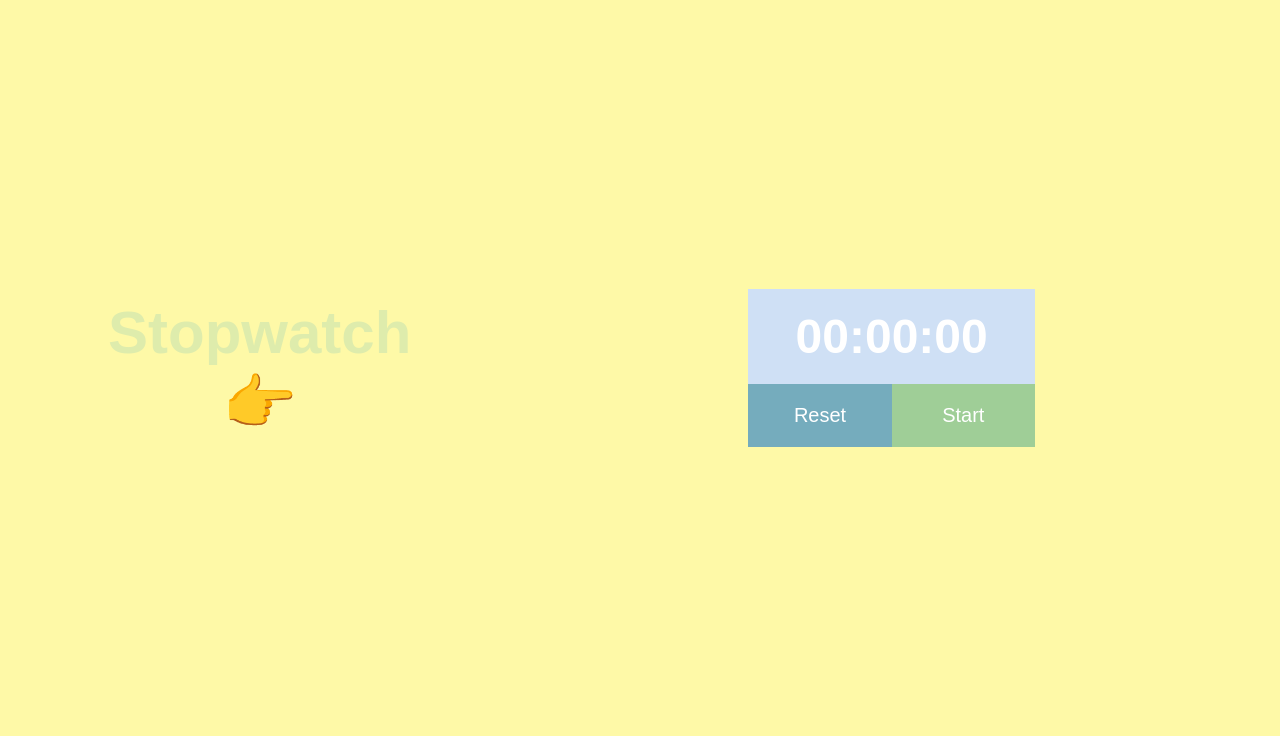
Repository: pilar122/stopwatch
Page: index.html
An editor plug-in stored every save of this project. The page is shown before and after the next save, followed by the edit.
The browser window is 1280 px wide. The pictures show the whole page.

Above is the page before, as saved 2022-06-19 13:03:55.

### index.html
<!DOCTYPE html>
<html>
    <head>
        <title>
            Stopwatch
        </title>
        <link href="stopwatch.css" rel="stylesheet">
        <script src="stopwatch.js"></script>
    </head>

    <div class="header">
        <h1>Stopwatch <br>👉</h1>
    </div>

    <body>

        <div id="stopwatch">
            <!--CURRENT TIME-->
            <div id="sw-time">00:00:00</div> <!-- sw is the time display-->

            <!--CONTROLS-->
            <input type="button" value="Reset" id="sw-rst" disabled/> <!--sw-rst is the reset button * and the disabled means that the buttons are at the moment-->
            <input type="button" value="Start" id="sw-go" disabled/> <!--sw-go is the start & stop button-->
        </div>
    </body>
</html>

### stopwatch.css
/* (A) CONTAINER */
#stopwatch {
    display: flex;
    flex-wrap: wrap;
    max-width: 400px;
    margin: 0 auto;
  }

  /* (B) TIME */
  #sw-time {
    width: 100%;
    padding: 20px 0;
    font-size: 48px;
    font-weight: bold;
    text-align: center;
    background: rgb(207, 224, 245);
    color: #fff;
  }

  /* (C) BUTTONS */
  #sw-rst, #sw-go {
    box-sizing: border-box;
    width: 50%;
    cursor: pointer;
    padding: 20px 0;
    border: 0;
    color: #fff;
    font-size: 20px;
  }
  #sw-rst { background-color: #75acbd; }
  #sw-go { background-color: #9fce97; }

  /* (X) DOES NOT MATTER */
  /* PAGE & BODY */
  body {
    display: flex;
    align-items: center; justify-content: center;
    min-height: 100vh;
    background: #FEF9A7;
    background-repeat: no-repeat;
    background-position: center;
    background-size: cover;
  }
  * { font-family: arial, sans-serif; }

  /* WIDGET */
  .widget-wrap {
    min-width: 450px;
    padding: 30px;
    border-radius: 20px;
    background: rgba(255, 255, 255, 0.4);
  }

  .header {
    padding: 100px;
    text-align: center;
    color: #deecac;
    font-size: 30px;
  }

  /* HEADER */
  h1 { text-align: center; }
  #code-boxx {
    width: 100%;
    margin-top: 30px;
    text-align: center;
  }

  /* FOOTER */
  #code-boxx {
    font-weight: 600;
    margin-top: 30px;
  }
  #code-boxx a {
    display: inline-block;
    padding: 5px;
    text-decoration: none;
    background: #d3adad;
    color: #fff;
  }

### stopwatch.js
var sw = {
    // (A) PROPERTIES
    etime : null, // html time display
    erst : null, // html reset button
    ego : null, // html start/stop button
    timer : null, // timer object
    now : 0, // current elapsed time

    // (B) INITIALIZE
    init : () => {
      // (B1) GET HTML ELEMENTS
      sw.etime = document.getElementById("sw-time");
      sw.erst = document.getElementById("sw-rst");
      sw.ego = document.getElementById("sw-go");

      // (B2) ENABLE BUTTON CONTROLS
      sw.erst.onclick = sw.reset;
      sw.ego.onclick = sw.start;
      sw.erst.disabled = false;
      sw.ego.disabled = false;
    },

    // (C) START!
    start : () => {
      sw.timer = setInterval(sw.tick, 1000);
      sw.ego.value = "Stop";
      sw.ego.onclick = sw.stop;
    },

    // (D) STOP
    stop : () => {
      clearInterval(sw.timer);
      sw.timer = null;
      sw.ego.value = "Start";
      sw.ego.onclick = sw.start;
    },

    // (E) TIMER ACTION
    tick : () => {
      // (E1) CALCULATE HOURS, MINS, SECONDS
      sw.now++;
      let hours = 0, mins = 0, secs = 0,
      remain = sw.now;
      hours = Math.floor(remain / 3600);
      remain -= hours * 3600;
      mins = Math.floor(remain / 60);
      remain -= mins * 60;
      secs = remain;

      // (E2) UPDATE THE DISPLAY TIMER
      if (hours<10) { hours = "0" + hours; }
      if (mins<10) { mins = "0" + mins; }
      if (secs<10) { secs = "0" + secs; }
      sw.etime.innerHTML = hours + ":" + mins + ":" + secs;
    },

    // (F) RESET
    reset : () => {
      if (sw.timer != null) { sw.stop(); }
      sw.now = -1;
      sw.tick();
    }
  };
  window.addEventListener("load", sw.init);

After the next save:
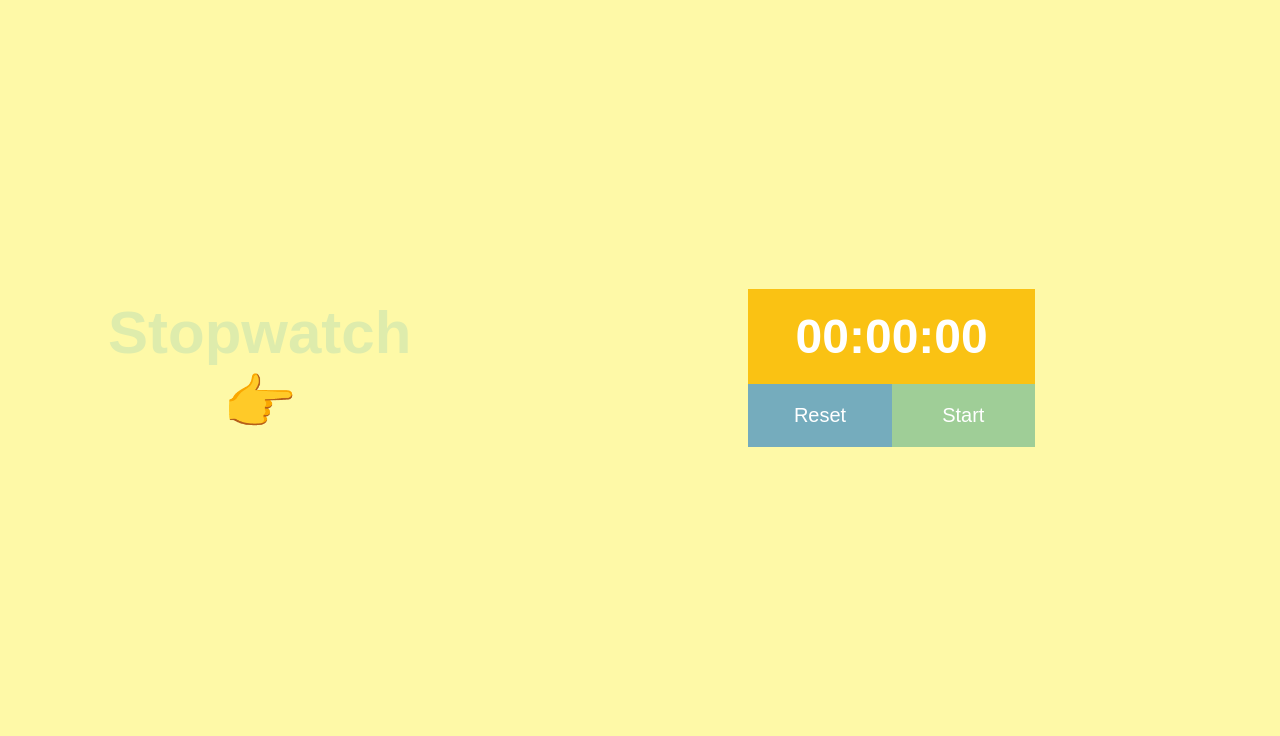
Saved 30 s later.
--- a/stopwatch.css
+++ b/stopwatch.css
@@ -13,7 +13,7 @@
     font-size: 48px;
     font-weight: bold;
     text-align: center;
-    background: rgb(207, 224, 245);
+    background: #FAC213;
     color: #fff;
   }
 
